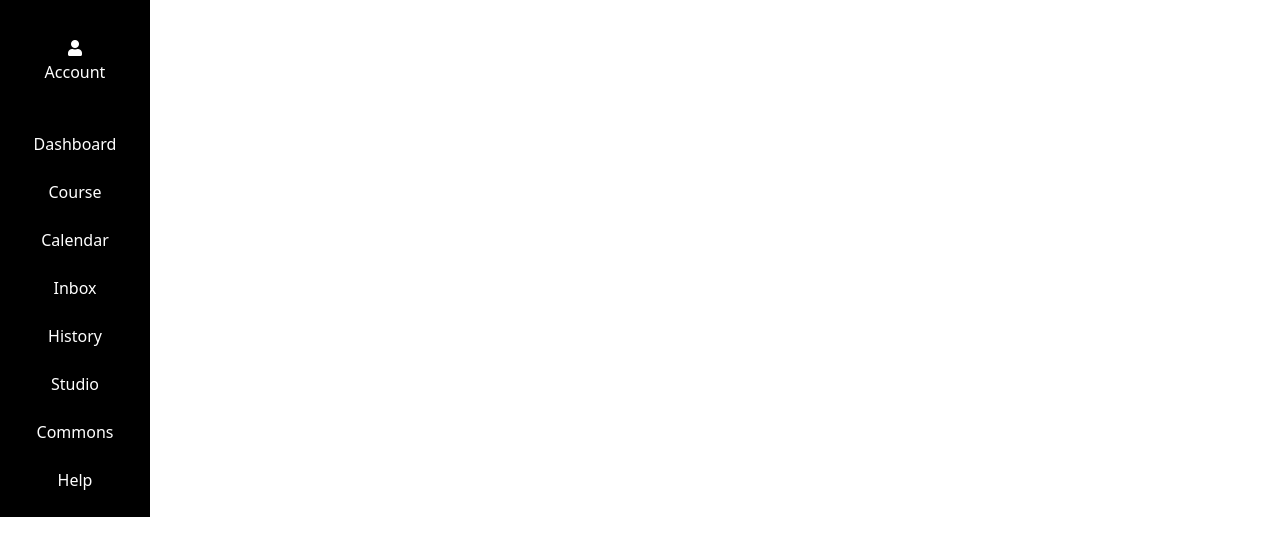
Repository: yuqiant/kanbas-react-web-app
Page: public/kanbas/firstcol.html
The author's editor kept a copy of each file at every save. The page is drawn from the files as they stood at one save, then again after the next save.
The browser window is 1280 px wide. The pictures show the whole page.

Above is the page before, as saved 2023-10-01 23:29:05.

After the next save:
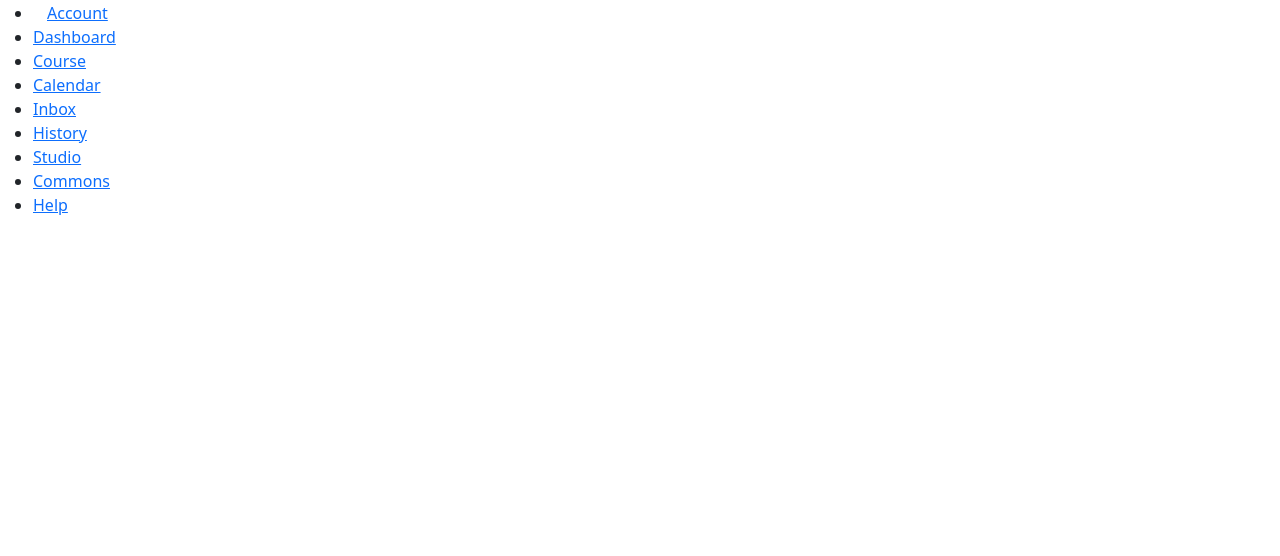
Saved 35 s later.
--- a/public/kanbas/firstcol.html
+++ b/public/kanbas/firstcol.html
@@ -7,7 +7,7 @@
     <title>Kanbas Navigation Sidebar</title>
     <link rel="stylesheet" href="../vendors/fontawesome/css/all.min.css">
     <link rel="stylesheet" href="../../vendors/bootstrap/css/bootstrap.min.css" />
-    <style>
+    <!-- /*<style>
         /*table {
             width: 100%;
             border-collapse: collapse;
@@ -55,7 +55,7 @@
             background-color: white;
             color: red;
         }
-    </style>
+    </style> -->
 </head>
 
 <body>

After the save that followed:
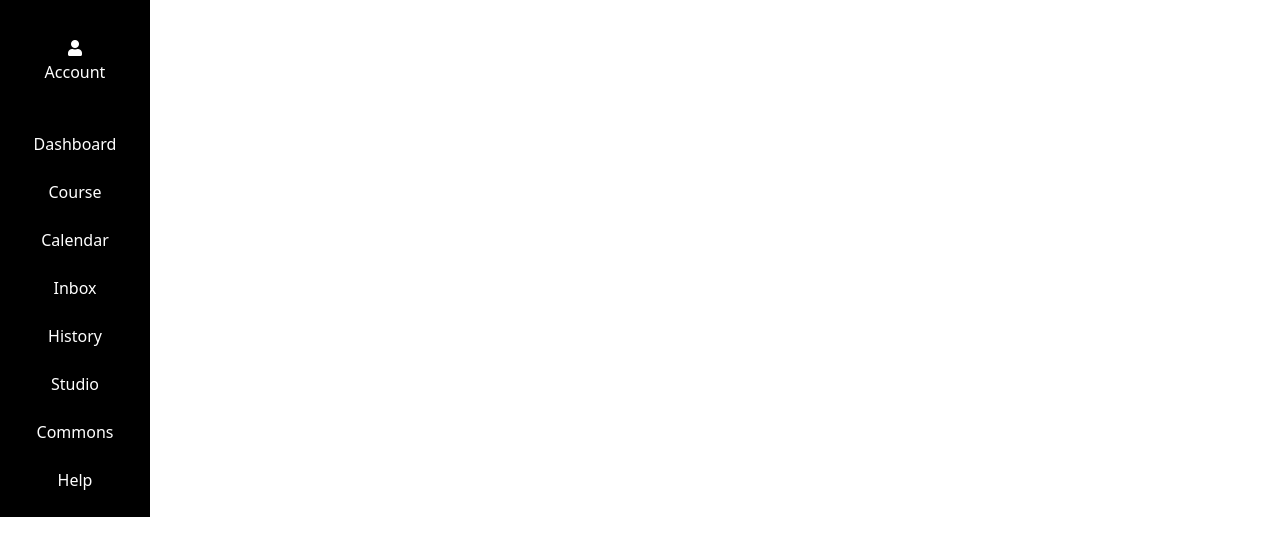
Saved 70 s later.
--- a/public/kanbas/firstcol.html
+++ b/public/kanbas/firstcol.html
@@ -7,6 +7,8 @@
     <title>Kanbas Navigation Sidebar</title>
     <link rel="stylesheet" href="../vendors/fontawesome/css/all.min.css">
     <link rel="stylesheet" href="../../vendors/bootstrap/css/bootstrap.min.css" />
+    <link href="firstcol.css" rel="stylesheet" />
+
     <!-- /*<style>
         /*table {
             width: 100%;
